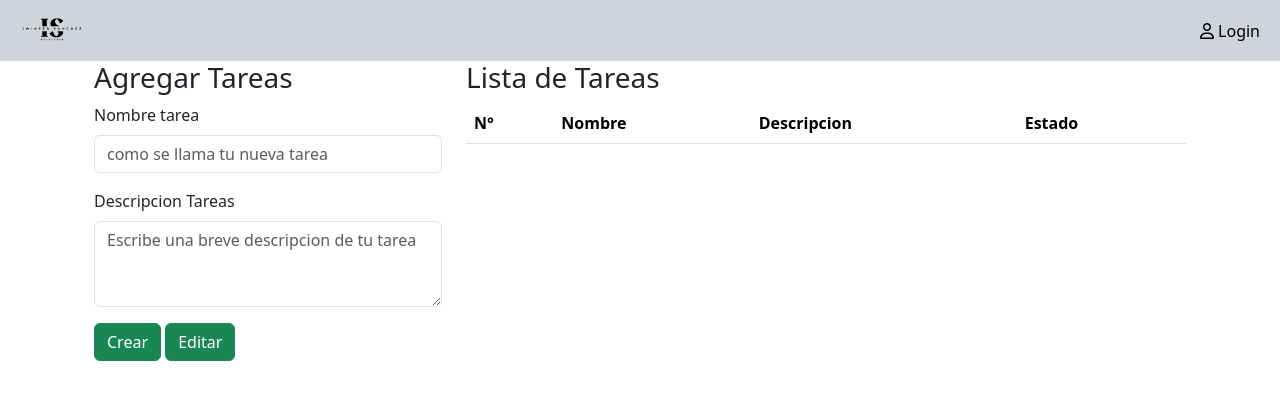
Repository: iwinser117/lista-Tareas
Page: src/public/index.html
The author's editor kept a copy of each file at every save. The page is drawn from the files as they stood at one save, then again after the next save.
The browser window is 1280 px wide. The pictures show the whole page.
Empty fields were first filled with sample values (such as "Sample", 5 or name@example.com).
After loading, the first visible `#button-actualizar` was clicked once.
The page's requests for data from a server got no answer. Some web libraries are served in a nearby version.

Above is the page before, as saved 2023-01-04 08:27:07.

### src/public/index.html
<!DOCTYPE html>
<html lang="en">
  <head>
    <meta charset="UTF-8" />
    <meta http-equiv="X-UA-Compatible" content="IE=edge" />
    <meta name="viewport" content="width=device-width, initial-scale=1.0" />
    <script
      src="https://kit.fontawesome.com/1e68ffedd1.js"
      crossorigin="anonymous"
    ></script>
    <link
      href="https://cdn.jsdelivr.net/npm/bootstrap@5.3.0-alpha1/dist/css/bootstrap.min.css"
      rel="stylesheet"
      integrity="sha384-GLhlTQ8iRABdZLl6O3oVMWSktQOp6b7In1Zl3/Jr59b6EGGoI1aFkw7cmDA6j6gD"
      crossorigin="anonymous"
    />
    <script
      src="https://cdn.jsdelivr.net/npm/bootstrap@5.3.0-alpha1/dist/js/bootstrap.bundle.min.js"
      integrity="sha384-w76AqPfDkMBDXo30jS1Sgez6pr3x5MlQ1ZAGC+nuZB+EYdgRZgiwxhTBTkF7CXvN"
      crossorigin="anonymous"
    ></script>
    <title>Lista de Tareas</title>
  </head>
  <body>
    <div class="container-fliud" >
      <nav class="navbar navbar-expand-lg bg-body-tertiary bg-dark-subtle">
        <div class="container-fluid">
          <a class="navbar-brand">
            <img
              src="../assets/ok.svg"
              alt="Bootstrap"
              width="80"
              height="35"
            />
          </a>
          <button
            class="navbar-toggler"
            type="button"
            data-bs-toggle="collapse"
            data-bs-target="#navbarNavAltMarkup"
            aria-controls="navbarNavAltMarkup"
            aria-expanded="false"
            aria-label="Toggle navigation"
          >
            <span class="navbar-toggler-icon"></span>
          </button>
          <div
            class="collapse navbar-collapse justify-content-end"
            id="navbarNavAltMarkup"
          >
            <div class="navbar-nav">
              <!-- <a class="nav-link" href="#">Features</a>
            <a class="nav-link" href="#">Pricing</a> -->
              <a class="nav-link active" aria-current="page" href="#"
                ><i class="fa-regular fa-user"></i> Login</a
              >
              <!-- <a class="nav-link disabled">Disabled</a> -->
            </div>
          </div>
        </div>
      </nav>

      <div class="container-md row  m-auto">
        <section class="col-sm-4 container w-30">
        <div>
          <h3>Agregar Tareas</h3>
          <div class="mb-3">
            <label for="nameTarea" class="form-label">Nombre tarea</label>
            <input
              type="text"
              id="nameTarea"
              placeholder="como se llama tu nueva tarea"
              class="form-control"
            />
          </div>
          <div class="mb-3">
            <label for="descripcionTarea" class="form-label"
              >Descripcion Tareas</label
            >
            <textarea
              class="form-control"
              id="descripcionTarea"
              rows="3"
              placeholder="Escribe una breve descripcion de tu tarea"
            ></textarea>
          </div>

          <button type="submit" id="button-form" class="btn btn-success">
            Crear
          </button>
          <button id="button-actualizar" onclick="actualizarDatos()" class="btn btn-success">
            Editar
          </button>
        </div>
      </section>
      <section class=" col-sm-8 container w-70">
        <h3>Lista de Tareas</h3>
        <table class="table">
          <thead>
            <tr id="miapp" >
              <th scope="col">N°</th>
              <th scope="col">Nombre</th>
              <th scope="col">Descripcion</th>
              <th scope="col">Estado</th>
            </tr>
          </thead>
          <tbody id="contenido">

            </tr>
          </tbody>
        </table>
      </section>
      </div>
    </div>
    <script src="../ftn/listar.js"></script>
    <script src="../ftn/metods.js"></script>
  </body>
</html>

### src/ftn/listar.js
const contenido = document.getElementById("contenido");

async function misDatos(data) {
  contenido.innerHTML = "";
  await data.map((item, index) => {
    // console.log(item._id)
    contenido.innerHTML += `
            <tr>
              <th class="index">${index + 1}</th>

              <td >${item.name}</td>
              <td>${item.descripcion}</td>
              <td>
                ${item.statusTarea ? "pendiente" : "hecho"}
              </td>
              <td onclick ="deleteTask('${
                item._id
              }')"><button  id="eliminarBtn" class="btn btn-danger">
            <i class="fa-solid fa-trash-can"></i>
          </button></td>

          ${
            item.statusTarea
              ? `<td onclick ="editar('${item._id}', '${item.name}','${item.descripcion}')">
            <button   class="btn btn-warning">
            <i class="fa-regular fa-pen-to-square"></i>
             </button>
          </td>`
              : null
          }

        `;
  });
}
let idVariable = ''
function editar(id, n, d) {
idVariable = id;
  console.log(id, n, d);
  inputName.value = n;
  inputDescripcion.value = id;


  // actualizarDatos();
}
console.log(idVariable)
const actualizarDatos = () => {
  const name = inputName.value;
  const descripcion = inputDescripcion.value;
  fetch(`http://localhost:3000/api/tareas/${idVariable}`, {
    method: "PUT",
    headers: {
      "Content-type": "application/json",
    },
    body: JSON.stringify({
      name,
      descripcion,
    }),
  })
    .then(console.log("creado con exito"))
    .then(getDatos);

  inputName.value = "";
  inputDescripcion.value = "";
};

//funciona hasta aqui el editar , ya que cambia el btn

async function deleteTask(id) {
  const response = await fetch(`http://localhost:3000/api/tareas/${id}`, {
    method: "DELETE",
  }).then(getDatos);
  if (response) {
    console.log(`efectivo el delete de ${id}`);
  } else {
    console.log("error en el delete");
  }
}

### src/ftn/metods.js
document.addEventListener("DOMContentLoaded", () => {
  getDatos();
});

const actualizarBtn = document.getElementById("button-actualizar");
const buttonCrear = document.getElementById("button-form");
const inputName = document.getElementById("nameTarea");
const inputDescripcion = document.getElementById("descripcionTarea");

const getDatos = async () => {
  const response = await fetch("http://localhost:3000/api/tareas");
  const data = await response.json();
  misDatos(data);
  return data;
  /* .then((response) => response.json())
    .then((data) => {
       misDatos(data);
    }); */
};
getDatos();

buttonCrear.addEventListener("click", async (e) => {
  const name = inputName.value;
  const descripcion = inputDescripcion.value;
  const enviarDatos = () => {
    fetch("http://localhost:3000/api/tareas", {
      method: "POST",
      headers: {
        "Content-type": "application/json",
      },
      body: JSON.stringify({
        name,
        descripcion,
      }),
    })
      .then(console.log("creado con exito"))
      .then(getDatos);
  };
  enviarDatos();
  inputName.value = "";
  inputDescripcion.value = "";
});

After the next save:
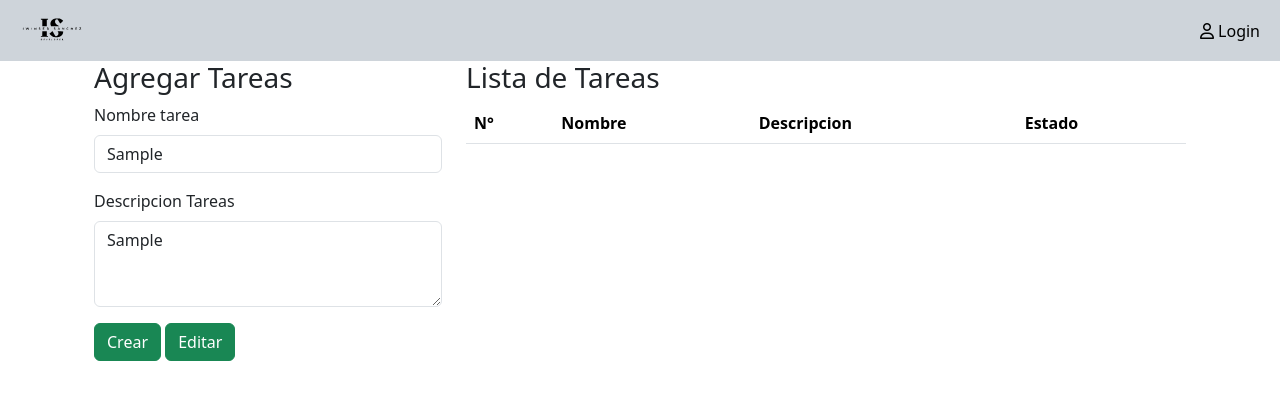
Console error: ReferenceError: Cannot access 'idVariable' before initialization
Saved 2 min 39 s later.
--- a/src/ftn/listar.js
+++ b/src/ftn/listar.js
@@ -61,6 +61,7 @@
 
   inputName.value = "";
   inputDescripcion.value = "";
+  let idVariable = "";
 };
 
 //funciona hasta aqui el editar , ya que cambia el btn

After the save that followed:
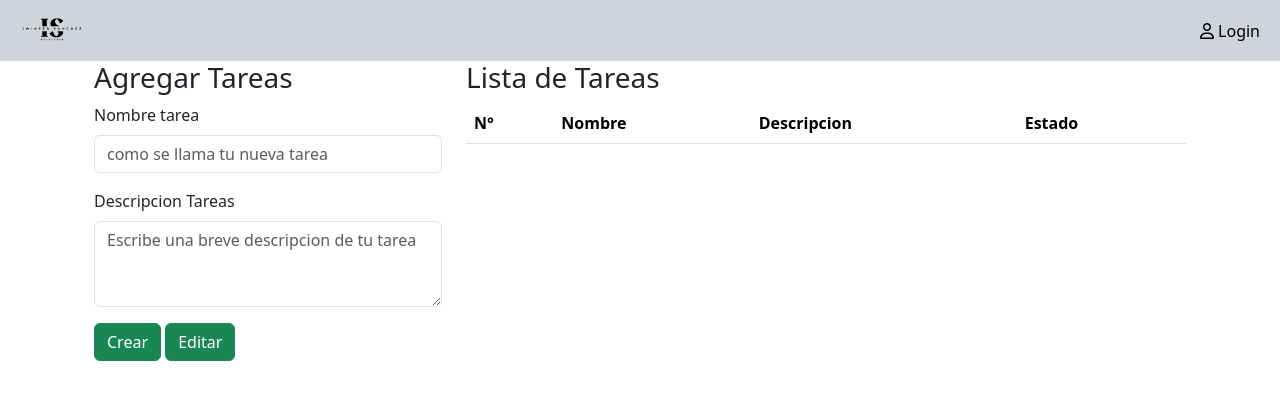
The error is gone.
Saved 39 s later.
--- a/src/ftn/listar.js
+++ b/src/ftn/listar.js
@@ -61,7 +61,7 @@
 
   inputName.value = "";
   inputDescripcion.value = "";
-  let idVariable = "";
+  idVariable = "";
 };
 
 //funciona hasta aqui el editar , ya que cambia el btn
